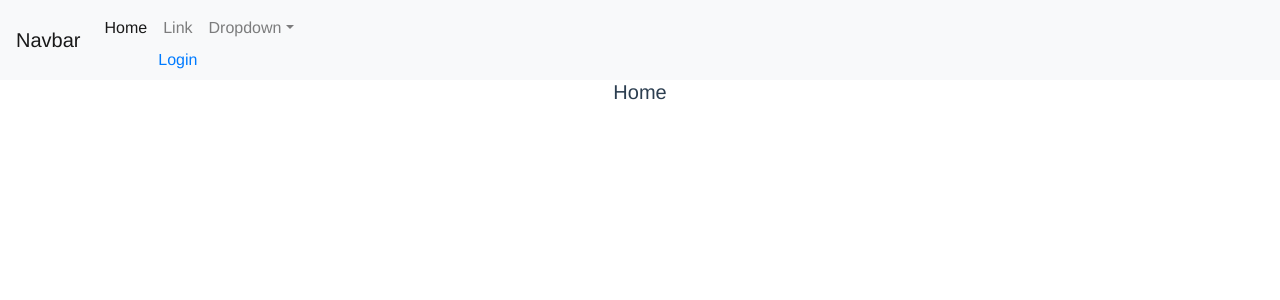
Repository: randrin/Firebase-Auth-Vue
Page: /
The author's editor kept a copy of each file at every save. The page is drawn from the files as they stood at one save, then again after a run of saves.
The browser window is 1280 px wide. The pictures show the whole page.
The project was rebuilt for these pictures with package versions that can differ from the ones it lists, and the page was loaded fresh each time. Also part of the build but not shown: src/components/Profile.vue. Imported but missing from the stored project, and not drawn on this page: src/components/Login.

Above is the page before, as saved 2020-08-07 10:20:39.

### index.html
<!DOCTYPE html>
<html>
  <head>
    <meta charset="utf-8">
    <meta name="viewport" content="width=device-width,initial-scale=1.0">
    <title>firebase-vue-project</title>
  </head>
  <body>
    <div id="app"></div>
    <!-- built files will be auto injected -->
  </body>
</html>

### src/main.js
// The Vue build version to load with the `import` command
// (runtime-only or standalone) has been set in webpack.base.conf with an alias.
import Vue from 'vue'
import App from './App'
import router from './router'
import "bootstrap/dist/css/bootstrap.min.css";
import "bootstrap/dist/js/bootstrap.min.js";

Vue.config.productionTip = false

/* eslint-disable no-new */
new Vue({
  el: '#app',
  router,
  components: { App },
  template: '<App/>'
})

### src/router/index.js
import Vue from "vue";
import Router from "vue-router";
import Login from "@/components/Login";
import Home from "@/components/Home";
import Profile from "@/components/Profile";

Vue.use(Router);

export default new Router({
  mode: "history",

  routes: [
    {
      path: "/profile",
      name: "Profile",
      component: Profile
    },
    {
      path: "/login",
      name: "Login",
      component: Login
    },
    {
      path: "/",
      name: "Home",
      component: Home
    }
  ]
});

### src/components/Home.vue
<template>
    <section>
        <navigation></navigation>
        <h5 class="center-align">Home</h5>
    </section>
</template>

<script>
import navigation from "@/components/NavBar.vue";
export default {
    data() {
        return {};
    },
    components: {
        navigation
    }
};
</script>

<style>
</style>

### src/components/NavBar.vue
<template>
  <nav class="navbar navbar-expand-lg navbar-light bg-light">
    <a class="navbar-brand" href="#">Navbar</a>
    <button
      class="navbar-toggler"
      type="button"
      data-toggle="collapse"
      data-target="#navbarSupportedContent"
      aria-controls="navbarSupportedContent"
      aria-expanded="false"
      aria-label="Toggle navigation"
    >
      <span class="navbar-toggler-icon"></span>
    </button>

    <div class="collapse navbar-collapse" id="navbarSupportedContent">
      <ul class="navbar-nav mr-auto">
        <li class="nav-item active">
          <a class="nav-link" href="#">
            Home
            <span class="sr-only">(current)</span>
          </a>
        </li>
        <li class="nav-item">
          <a class="nav-link" href="#">Link</a>
          <router-link :to="{name: 'Login'}">Login</router-link>
        </li>
        <li class="nav-item dropdown">
          <a
            class="nav-link dropdown-toggle"
            href="#"
            id="navbarDropdown"
            role="button"
            data-toggle="dropdown"
            aria-haspopup="true"
            aria-expanded="false"
          >Dropdown</a>
          <div class="dropdown-menu" aria-labelledby="navbarDropdown">
            <a class="dropdown-item" href="#">Action</a>
            <a class="dropdown-item" href="#">Another action</a>
            <div class="dropdown-divider"></div>
            <a class="dropdown-item" href="#">Something else here</a>
          </div>
        </li>
      </ul>
    </div>
  </nav>
</template>

<script>
export default {};
</script>

Loaded but not shown: src/App.vue (common file)

After the next 3 saves:
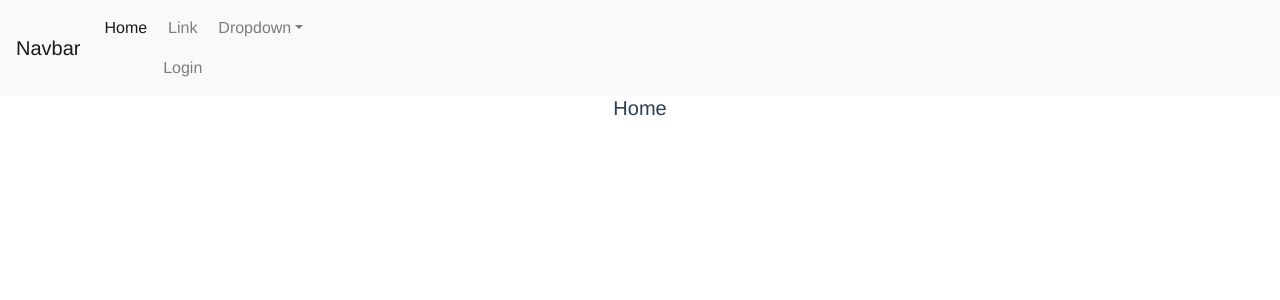
The 3 saves are shown as one change because they came seconds apart.
The last was saved 11 s later.
--- a/src/components/NavBar.vue
+++ b/src/components/NavBar.vue
@@ -23,7 +23,7 @@
         </li>
         <li class="nav-item">
           <a class="nav-link" href="#">Link</a>
-          <router-link :to="{name: 'Login'}">Login</router-link>
+          <router-link :to="{name: 'Login'}" class="nav-link">Login</router-link>
         </li>
         <li class="nav-item dropdown">
           <a
